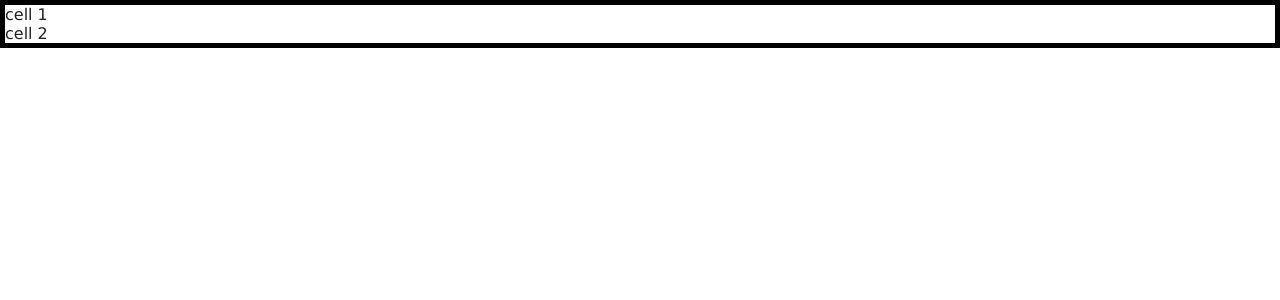
Repository: Ndifoinhilary/css_grid
Page: css-grid-learn/index.html
The author's editor kept a copy of each file at every save. The page is drawn from the files as they stood at one save, then again after the next save.
The browser window is 1280 px wide. The pictures show the whole page.

Above is the page before, as saved 2024-01-24 11:58:45.

### css-grid-learn/index.html
<!DOCTYPE html>
<html lang="en">
<head>
    <meta charset="UTF-8">
    <meta name="viewport" content="width=device-width, initial-scale=1.0">
    <title>Css grid</title>
    <link rel="stylesheet" href="/css-grid-learn/main.css">
</head>
<body>
    <div class="container">
        <div class="cell">cell 1</div>
        <div class="cell">cell 2</div>
    </div>
</body>
</html>

### css-grid-learn/main.css
*{
    margin: 0;
    padding: 0;
    box-sizing: border-box;
}

body{
    font-family: Verdana, Geneva, Tahoma, sans-serif;
    color: #222;
}

.container{
    border: 5px solid black;
}

After the next save:
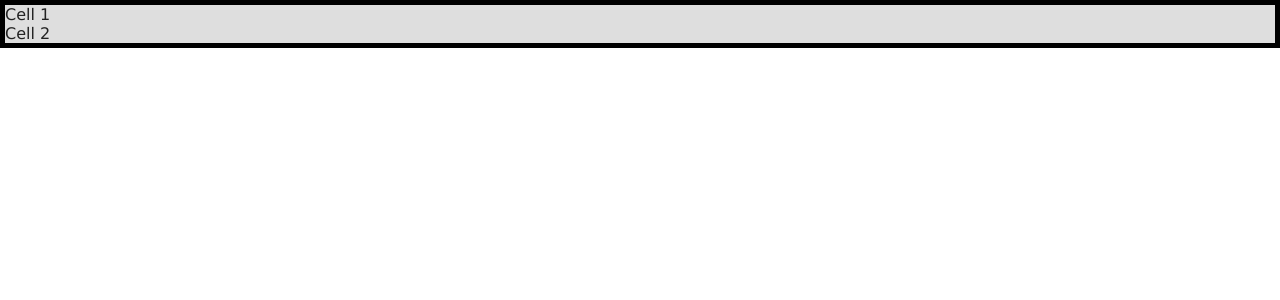
Saved 47 s later.
--- a/css-grid-learn/main.css
+++ b/css-grid-learn/main.css
@@ -12,3 +12,9 @@ body{
 .container{
     border: 5px solid black;
 }
+
+.cell{
+    background: #dedede;
+    text-transform: capitalize;
+    align-items: center;
+}
